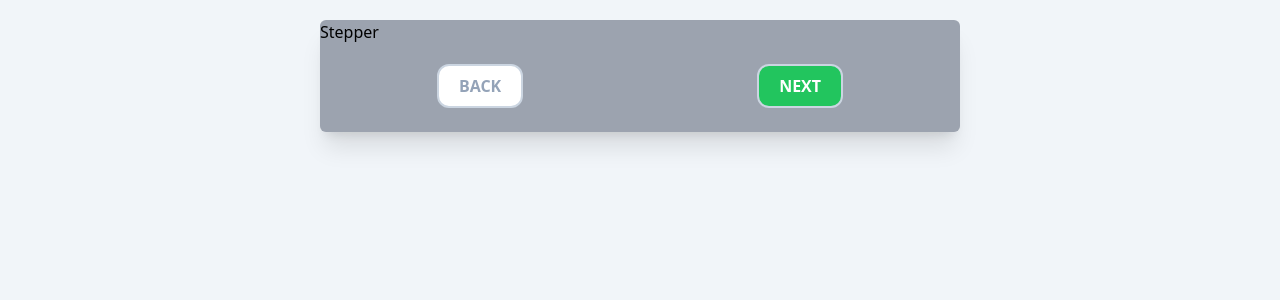
Repository: OmniaRafat232111121/reactstepper
Page: /
These files come from the project's save history. The page is drawn as it stood at one moment and after the next save; the edit follows.
The browser window is 1280 px wide. The pictures show the whole page.
The project was rebuilt for these pictures with package versions that can differ from the ones it lists, and the page was loaded fresh each time. Also part of the build but not shown: src/App.css.

Above is the page before, as saved 2023-02-21 23:49:48.

### src/index.css
@tailwind base;
@tailwind components;
@tailwind utilities;


body {
  background: #f1f5f9;
}

code {
  font-family: source-code-pro, Menlo, Monaco, Consolas, 'Courier New',
    monospace;
}

### src/App.js

import './App.css';
import Stepper from './Component/Stepper';
import StepperControl from './Component/StepperControl';
function App() {
  return (
    <div className="md:w-1/2 mx-auto  rounded-md shadow-xl bg-gray-400 pb-2 mt-5">
     {/*stepper*/}
    <div className='container horizontal mt-5'>
    <Stepper/>
    </div>
     {/*StepperCOntrol*/}
     <StepperControl/>
    </div>
  );
}

export default App;

### src/Component/Stepper.js
import React from 'react'

const Stepper = () => {
  return (
    <div className=' mx-flex justify-between items-center'>
      <h1>Stepper</h1>
    </div>
  )
}

export default Stepper

### src/Component/StepperControl.js
import React from 'react'

const StepperControl = () => {
  return (
    <div className='container  flex justify-around mt-5 mb-4'>
       {/*back button*/}
       <button className='bg-white text-slate-400 font-semibold  uppercase px-5 py-2  rounded-xl
       cursor-pointer border-2 border-slate-300 hover:bg-slate-700 hover:text-white transition duration-200 ease-in-out'>
       Back
       </button>
        {/*next button*/}
        <button className='bg-green-500 text-white font-semibold  uppercase px-5 py-2  rounded-xl
        cursor-pointer border-2 border-slate-300 hover:bg-slate-700 hover:text-white transition duration-200 ease-in-out'>
        Next
        </button>
    </div>
  )
}

export default StepperControl

Loaded but not shown: public/index.html (common file); src/index.js (common file); tailwind.config.js (common file)

After the next save:
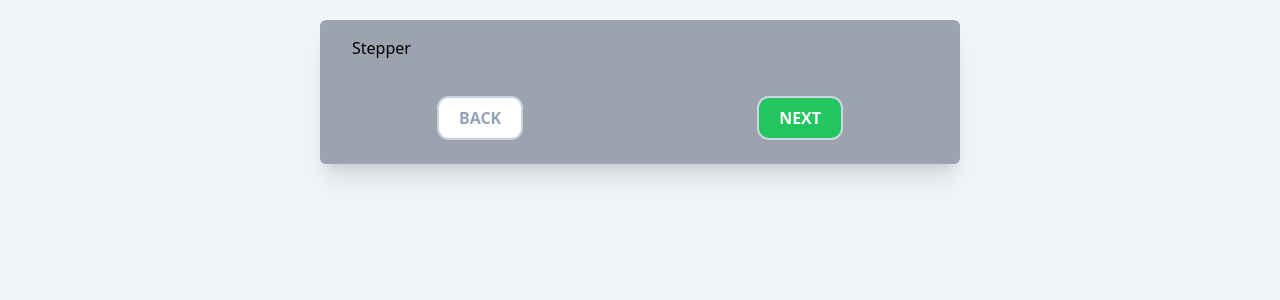
Saved 4 s later.
--- a/src/Component/Stepper.js
+++ b/src/Component/Stepper.js
@@ -2,7 +2,7 @@ import React from 'react'
 
 const Stepper = () => {
   return (
-    <div className=' mx-flex justify-between items-center'>
+    <div className=' mx-4 p-4 flex justify-between items-center'>
       <h1>Stepper</h1>
     </div>
   )
